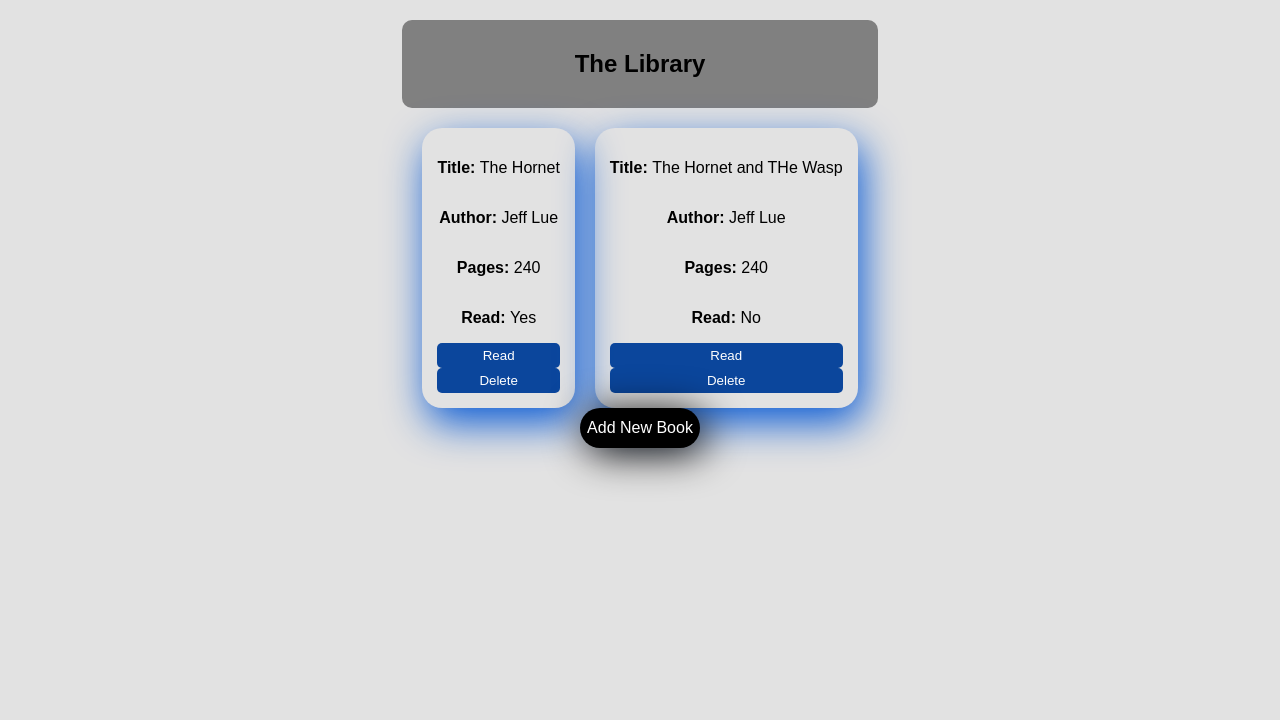
Repository: ErvinClay13/Library
Page: index.html
The author's editor kept a copy of each file at every save. The page is drawn from the files as they stood at one save, then again after a run of saves.
The browser window is 1280 px wide. The pictures show the whole page.

Above is the page before, as saved 2025-01-11 04:58:23.

After the next 3 saves:
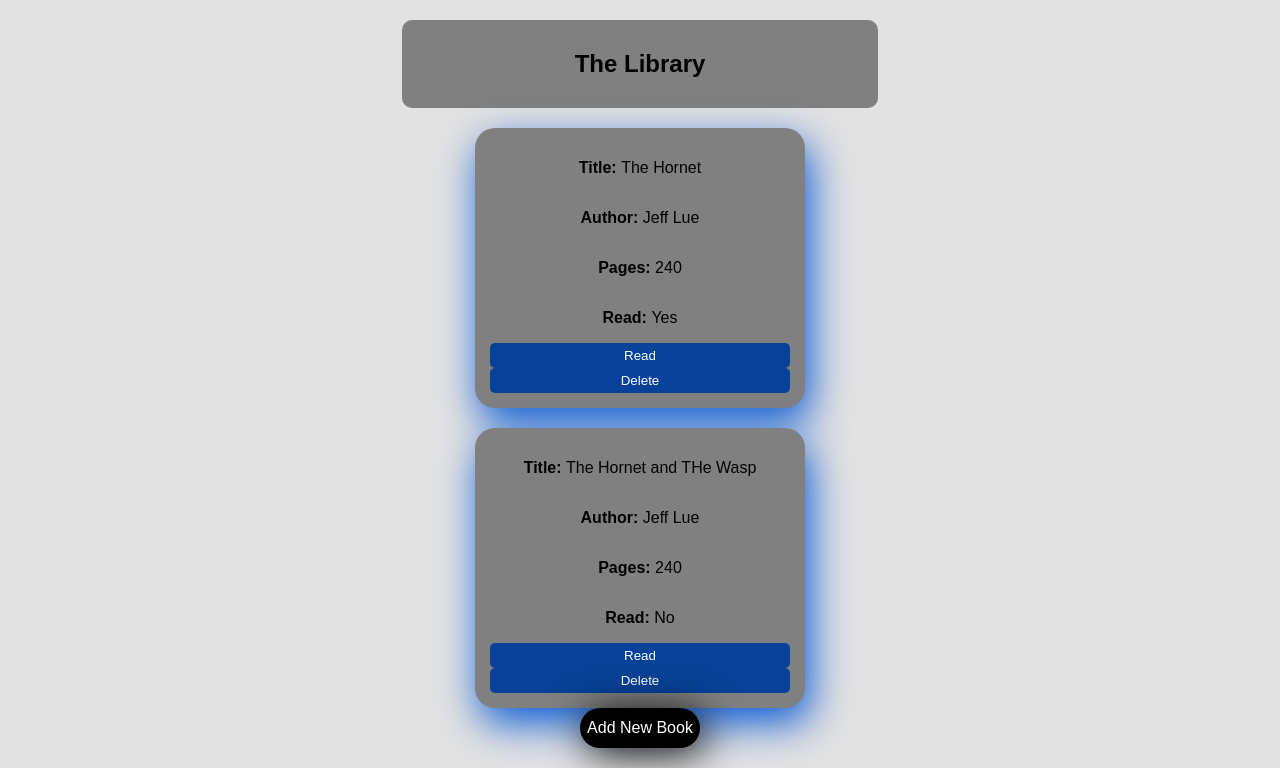
The 3 saves are shown as one change because they came seconds apart.
The last was saved 8 s later.
--- a/style.css
+++ b/style.css
@@ -64,7 +64,7 @@ body {
     border-radius: 20px;
     padding: 15px;
     /* background-color: #42669df5; */
-    bac
+    background-color: gray;
     width: 100%;
     max-width: 300px;
     box-shadow: 5px 15px 40px #0055d4f5;
